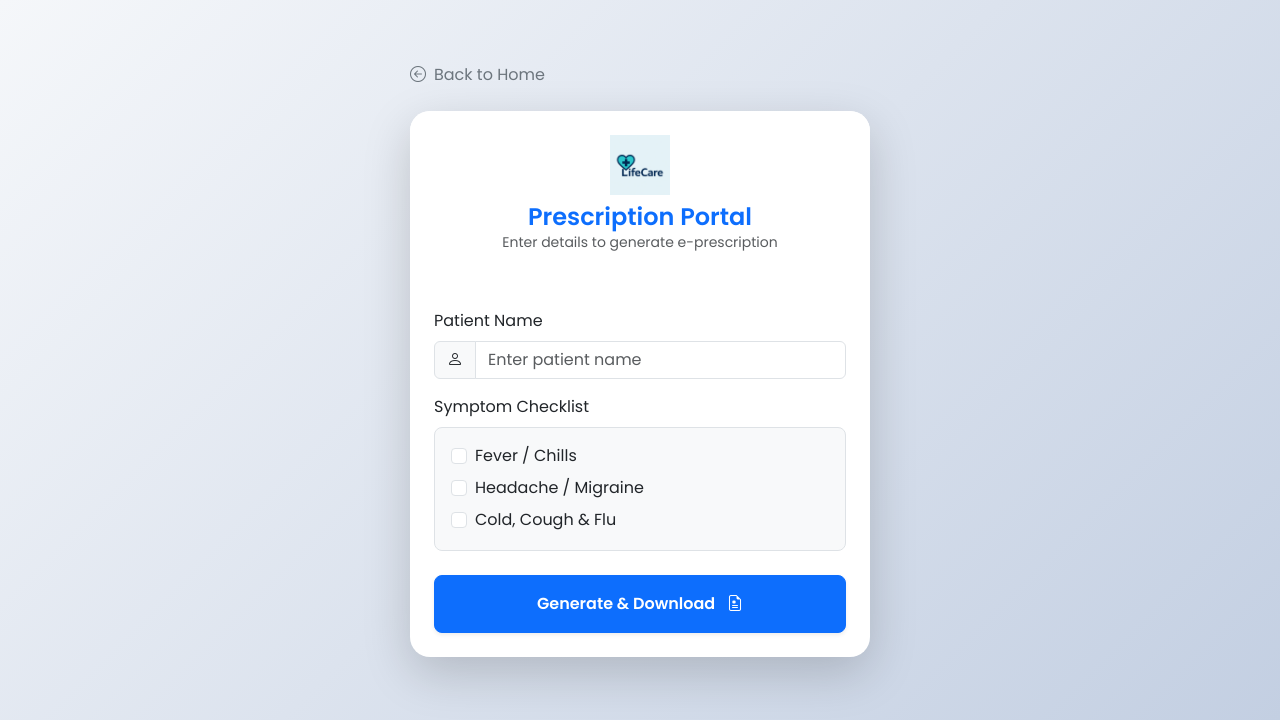
Repository: Rajasekaran0415/LifeCare-Management-System
Page: Project/prescription.html
These files come from the project's save history. The page is drawn as it stood at one moment and after the next save; the edit follows.
The browser window is 1280 px wide. The pictures show the whole page.

Above is the page before, as saved 2026-01-20 20:56:04.

After the next save:
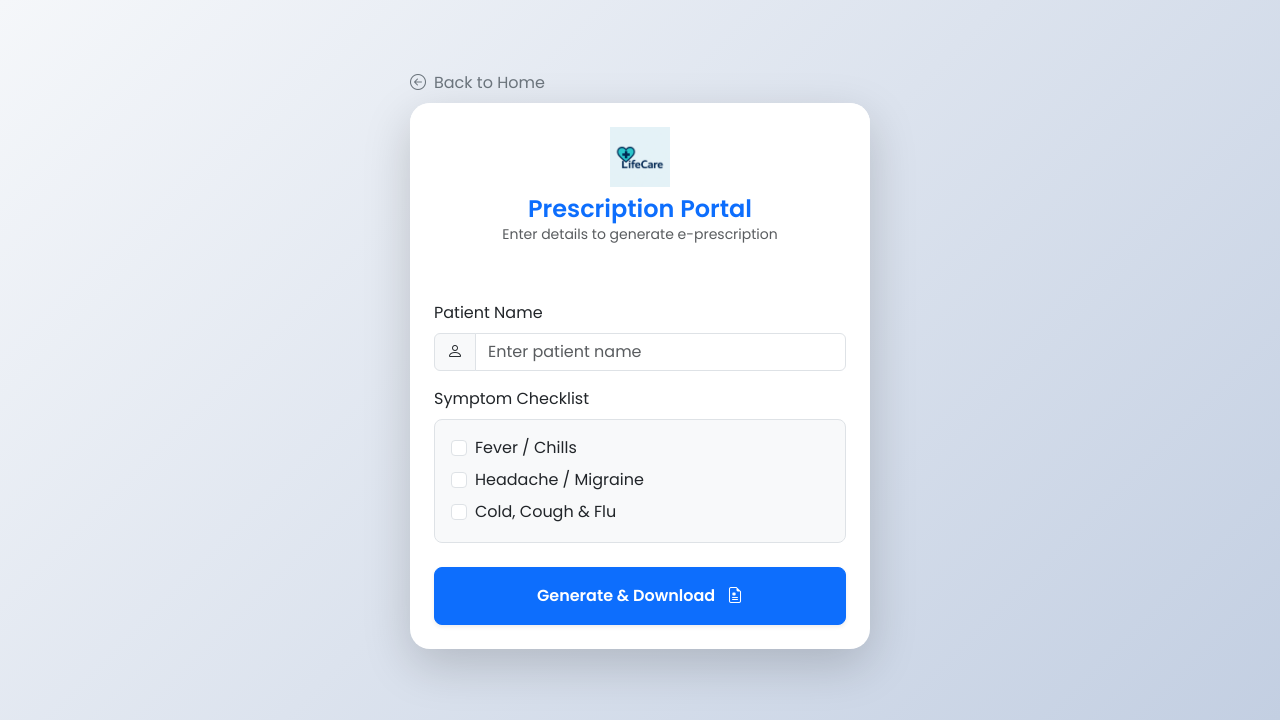
Saved 51 s later.
--- a/Project/prescription.html
+++ b/Project/prescription.html
@@ -53,7 +53,7 @@
 <body>
 
 <div class="main-container">
-    <div class="mb-4 text-start">
+    <div class="mb-2 text-start">
         <a href="index.html" class="btn-home">
             <i class="bi bi-arrow-left-circle me-2"></i>Back to Home
         </a>
